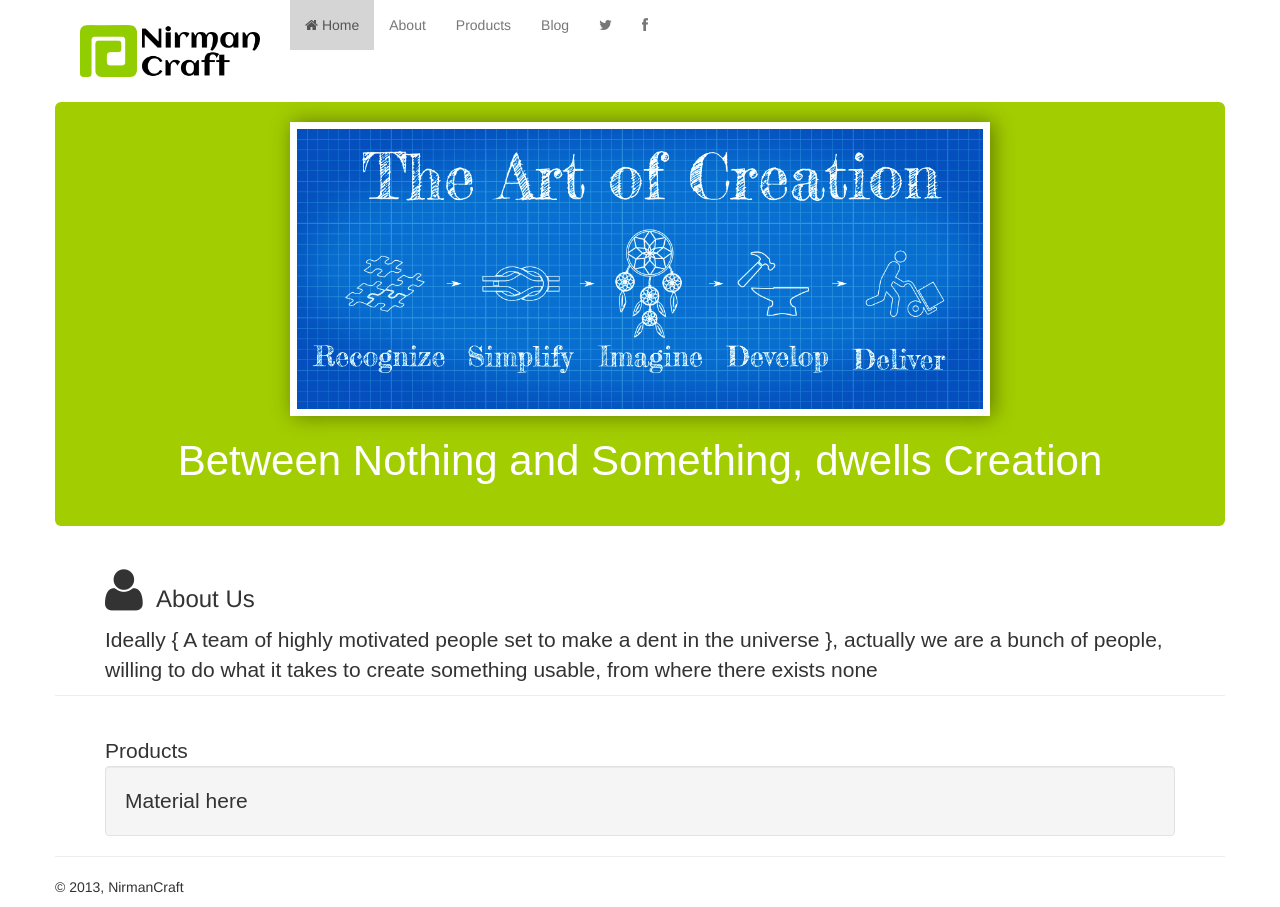
Repository: MeShreyas/NirmanCraftWebsite
Page: NirmanCraft/index.html
These files come from the project's save history. The page is drawn as it stood at one moment and after the next save; the edit follows.
The browser window is 1280 px wide. The pictures show the whole page.
Some web fonts or font styles are not loaded; a fallback is used.

Above is the page before, as saved 2013-10-07 12:36:53.
Console error: ReferenceError: jQuery is not defined

### NirmanCraft/index.html
<!DOCTYPE html>
<html lang="en">
	<head>
		<meta charset="utf-8">

		<!-- Always force latest IE rendering engine (even in intranet) & Chrome Frame
		Remove this if you use the .htaccess -->
		<meta http-equiv="X-UA-Compatible" content="IE=edge,chrome=1">

		<title>Nirman Craft</title>
		<meta name="description" content="">
		<meta name="author" content="Shreyas">

		<meta name="viewport" content="width=device-width; initial-scale=1.0">

		<!-- Replace favicon.ico & apple-touch-icon.png in the root of your domain and delete these references -->
		<link rel="shortcut icon" href="/favicon.ico">
		<link rel="stylesheet" href="css/bootstrap.min.css">
		<link rel="apple-touch-icon" href="/apple-touch-icon.png">
		<link rel="stylesheet" href="font-awesome/css/font-awesome.min.css"/>
		<style type="text/css">
				.title-text {
					font-family: 'Strait', sans-serif;
					font-size: 2em;
					color: #FFFFFF;
				}

				.header-text {
					font-family: 'Strait', sans-serif;
					font-size: 1.5em;
					color:#333333;
				}
			</style>
	</head>

	<body>
		<div class="container">
			<header class="navbar" style="background-color: #FFFFFF;margin-bottom:0px">
				<div class="container">
					<div class="navbar-header">
						<a class="navbar-brand" href="../"><img src="images/nclogo.png" width="200px" style="padding:10px"/></a>
					</div>
					<div>
						<ul class="nav navbar-nav container" >
							<li class="active">
								<a href="../getting-started"><i class="icon-home"></i>&nbsp;Home</a>
							</li>
							<li>
								<a href="../css">About</a>
							</li>
							<li>
								<a href="../components">Products</a>
							</li>
							<li>
								<a href="../javascript">Blog</a>
							</li>
							<li>
								<a href="../customize"><i class="icon-twitter"></i></a>
							</li>
							<li>
								<a href="../customize"><i class="icon-facebook"></i></a>
							</li>
						</ul>
					</div>
				</div>
			</header>

			<div class="jumbotron" style="padding:20px 0px;margin-top:0px;background-color: #A2CD00">
				<div class="container title-text">
					<center>
						<img src="images/finalbanner.png" width="700px" style="border:7px solid #FFFFFF;box-shadow: 3px 0px 20px rgba(0,0,0,0.4)"/>
						<br/>
						Between Nothing and Something, dwells Creation
					</center>
				</div>
			</div>
			<div class="page-header header-text" style="padding:0 50px">
				<h3><i class="icon-user icon-2x"></i>&nbsp;&nbsp;About Us</h3>
				<div>

					<p>
					Ideally { A team of highly motivated people set to make a dent in the universe }, actually we are a bunch
					of people, willing to do what it takes to create something usable, from where there exists none
					</p>
				</div>
			</div>
			<div class="page-header header-text" style="padding:0 50px">
				Products
				<div class="well">
					Material here
				</div>
			</div>
			<footer>
				<p>
					&copy; 2013, NirmanCraft
				</p>
			</footer>
		</div>
		<script src="js/bootstrap.min.js" type="text/javascript" charset="utf-8"></script>
		<link href='http://fonts.googleapis.com/css?family=Strait' rel='stylesheet' type='text/css'>
	</body>
</html>

Loaded but not shown: NirmanCraft/css/bootstrap.min.css (library); NirmanCraft/font-awesome/css/font-awesome.min.css (library); NirmanCraft/js/bootstrap.min.js (library)

After the next save:
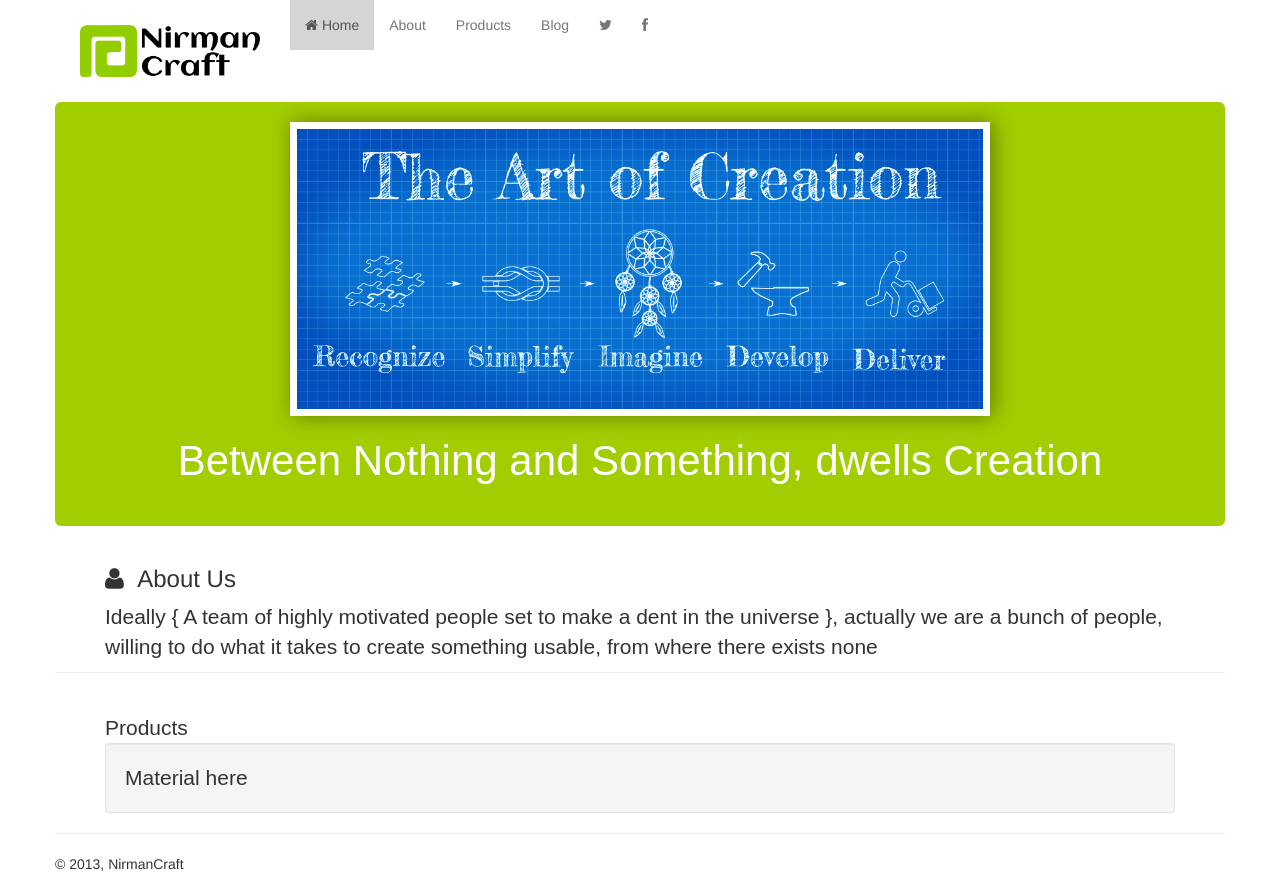
Saved 5 s later.
--- a/NirmanCraft/index.html
+++ b/NirmanCraft/index.html
@@ -75,7 +75,7 @@
 				</div>
 			</div>
 			<div class="page-header header-text" style="padding:0 50px">
-				<h3><i class="icon-user icon-2x"></i>&nbsp;&nbsp;About Us</h3>
+				<h3><i class="icon-user"></i>&nbsp;&nbsp;About Us</h3>
 				<div>
 
 					<p>
